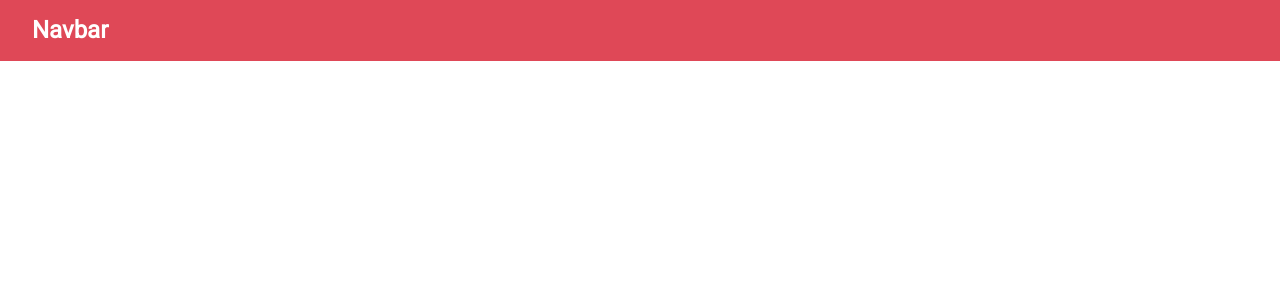
Repository: Redshreds/githubfinder
Page: /
An editor plug-in stored every save of this project. The page is shown before and after the next save, followed by the edit.
The browser window is 1280 px wide. The pictures show the whole page.
Some web libraries are served in a nearby version. The project was rebuilt for these pictures with package versions that can differ from the ones it lists, and the page was loaded fresh each time.

Above is the page before, as saved 2023-02-13 22:38:25.

### public/index.html
<!DOCTYPE html>
<html lang="en">
  <head>
    <meta charset="utf-8" />
    <link rel="icon" href="%PUBLIC_URL%/favicon.ico" />
    <meta name="viewport" content="width=device-width, initial-scale=1" />
    <meta name="theme-color" content="#000000" />
    <meta
      name="description"
      content="Web site created using create-react-app"
    />
    <link rel="apple-touch-icon" href="%PUBLIC_URL%/logo192.png" />
    <!--
      manifest.json provides metadata used when your web app is installed on a
      user's mobile device or desktop. See https://developers.google.com/web/fundamentals/web-app-manifest/
    -->
    <link rel="manifest" href="%PUBLIC_URL%/manifest.json" />
    <link rel="stylesheet" href="https://kit.fontawesome.com/c94a0cc71f.css" crossorigin="anonymous">
    <!--
      Notice the use of %PUBLIC_URL% in the tags above.
      It will be replaced with the URL of the `public` folder during the build.
      Only files inside the `public` folder can be referenced from the HTML.

      Unlike "/favicon.ico" or "favicon.ico", "%PUBLIC_URL%/favicon.ico" will
      work correctly both with client-side routing and a non-root public URL.
      Learn how to configure a non-root public URL by running `npm run build`.
    -->
    <title>Github Finder</title>
  </head>
  <body>
    <noscript>You need to enable JavaScript to run this app.</noscript>
    <div id="root"></div>
    <!--
      This HTML file is a template.
      If you open it directly in the browser, you will see an empty page.

      You can add webfonts, meta tags, or analytics to this file.
      The build step will place the bundled scripts into the <body> tag.

      To begin the development, run `npm start` or `yarn start`.
      To create a production bundle, use `npm run build` or `yarn build`.
    -->
  </body>
</html>

### src/App.js
import React, { Component } from 'react';
import Navbar from './components/layout/Navbar';
import './App.css';

class App extends Component {
  render() {
    return (
      <nav className='navbar bg-primary'>
        <Navbar />
      </nav>
    );
  }
}
//  In JSX, content must exist in ONE parent Element!
export default App;

### src/components/layout/Navbar.js
import React, { Component } from 'react'

export class Navbar extends Component {
  render() {
    return (
      <div>
        <h1>Navbar</h1>
      </div>
    )
  }
}

export default Navbar

Loaded but not shown: src/index.js (common file); src/reportWebVitals.js (common file); src/App.css (common file)

After the next save:
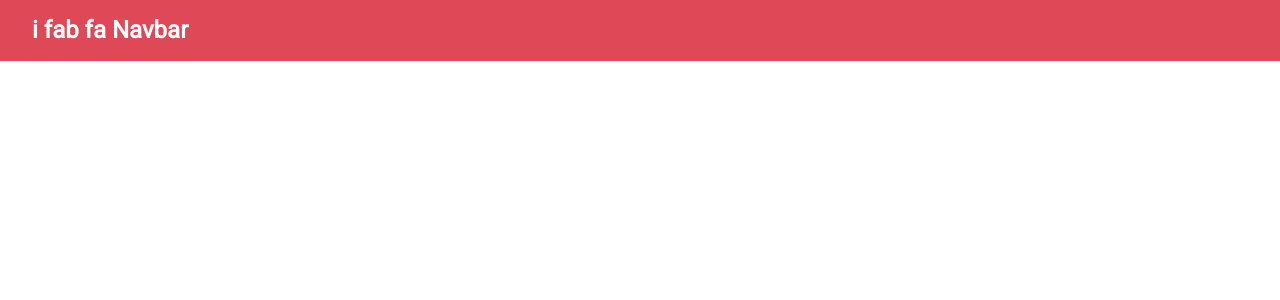
Saved 11 min 6 s later.
--- a/src/components/layout/Navbar.js
+++ b/src/components/layout/Navbar.js
@@ -4,7 +4,10 @@
   render() {
     return (
       <div>
-        <h1>Navbar</h1>
+        <h1>
+          i fab fa
+          Navbar
+        </h1>
       </div>
     )
   }
